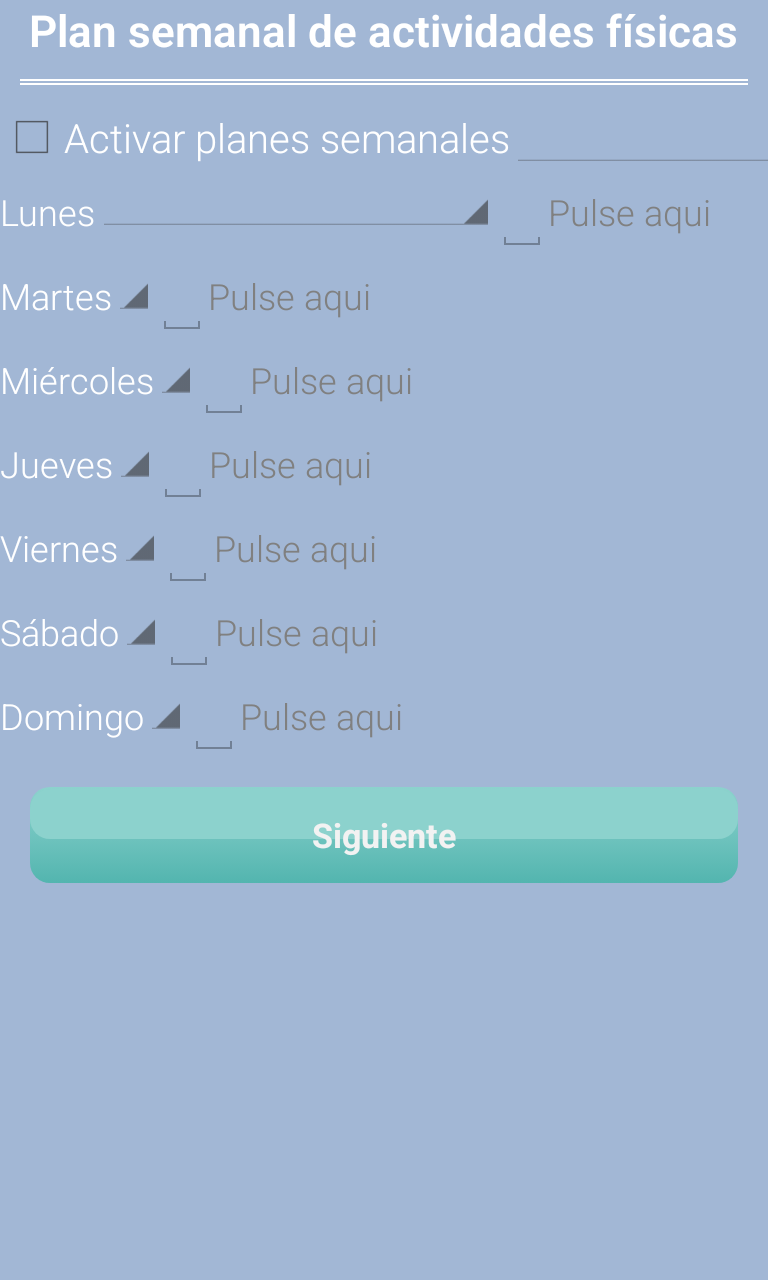
Repository: HectorGarciaMiguel/ssii-diabetes-060036
Layout: SeguimientoDiabetes/res/layout/activity_configuracion3.xml
An editor plug-in stored every save of this project. The layout is shown before and after a run of saves, followed by the edit.
It is drawn on a 768 x 1280 px phone screen (xhdpi) without system bars, with theme AppTheme; the app's code is not run.

Above is the layout before, as saved 2015-11-19 20:19:04.

### SeguimientoDiabetes/res/layout/activity_configuracion3.xml
<LinearLayout xmlns:android="http://schemas.android.com/apk/res/android"
    xmlns:tools="http://schemas.android.com/tools"
    android:layout_width="fill_parent"
    android:layout_height="fill_parent"
    android:orientation="vertical"
    android:layout_margin="5dp"
    tools:context=".Configuracion3Activity" >

    <LinearLayout
        android:layout_width="fill_parent"
        android:layout_height="wrap_content"
        android:orientation="horizontal"
        android:gravity="center">

        <TextView
            android:id="@+id/textView1"
            android:layout_width="wrap_content"
            android:layout_height="wrap_content"
            android:text="Plan semanal de actividades físicas"
           	style="@style/RobotoStyleTextViewNegrita" />

    </LinearLayout>

          <View
              android:layout_width="wrap_content"
              android:layout_height="1dp"
              android:layout_marginBottom="1dp"
              android:layout_marginLeft="10dp"
              android:layout_marginRight="10dp"
              android:layout_marginTop="10dp"
              android:background="#FFFFFF" />

          <View
              android:layout_width="wrap_content"
              android:layout_height="1dp"
              android:layout_marginBottom="10dp"
              android:layout_marginLeft="10dp"
              android:layout_marginRight="10dp"
              android:background="#FFFFFF" />

    <LinearLayout
        android:layout_width="fill_parent"
        android:layout_height="wrap_content"
        android:orientation="horizontal">

        <CheckBox
            android:id="@+id/checkBox1"
            style="@style/RobotoStyle"
            android:layout_width="wrap_content"
            android:layout_height="wrap_content"
            android:text="Activar planes semanales" />

    	<Spinner
    	    android:id="@+id/spinner1"
    	    android:layout_width="200dp"
    	    android:layout_height="wrap_content" />

    </LinearLayout>

    <LinearLayout
        android:layout_width="fill_parent"
        android:layout_height="wrap_content"
        android:orientation="horizontal">

        <TextView
            android:id="@+id/textView2"
            android:layout_width="wrap_content"
            android:layout_height="wrap_content"
            android:text="Lunes" />

        <Spinner
            android:id="@+id/spinner2"
            android:layout_width="200dp"
            android:layout_height="wrap_content" />

        <EditText
            android:id="@+id/editText1"
            android:layout_width="wrap_content"
            android:layout_height="wrap_content"
            android:inputType="number" >

        </EditText>

        <TextView
            android:id="@+id/textView3"
            android:layout_width="wrap_content"
            android:layout_height="wrap_content"
            android:hint="Pulse aqui"
            android:inputType="time"
            android:onClick="showDialog(TIME_DIALOG_ID)" />

    </LinearLayout>

    <LinearLayout
        android:layout_width="fill_parent"
        android:layout_height="wrap_content"
        android:orientation="horizontal">

        <TextView
            android:id="@+id/textView4"
            android:layout_width="wrap_content"
            android:layout_height="wrap_content"
            android:text="Martes" />

        <Spinner
            android:id="@+id/spinner3"
            android:layout_width="wrap_content"
            android:layout_height="wrap_content" />

        <EditText
            android:id="@+id/editText2"
            android:layout_width="wrap_content"
            android:layout_height="wrap_content"
            android:inputType="number" />

        <TextView
            android:id="@+id/textView5"
            android:layout_width="wrap_content"
            android:layout_height="wrap_content"
            android:hint="Pulse aqui"
            android:inputType="time"
            android:onClick="showDialog(TIME_DIALOG_ID)" />

    </LinearLayout>

    <LinearLayout
        android:layout_width="fill_parent"
        android:layout_height="wrap_content"
        android:orientation="horizontal">

        <TextView
            android:id="@+id/textView6"
            android:layout_width="wrap_content"
            android:layout_height="wrap_content"
            android:text="Miércoles" />

        <Spinner
            android:id="@+id/spinner4"
            android:layout_width="wrap_content"
            android:layout_height="wrap_content" />

        <EditText
            android:id="@+id/editText3"
            android:layout_width="wrap_content"
            android:layout_height="wrap_content"
            android:inputType="number" />

        <TextView
            android:id="@+id/textView7"
            android:layout_width="wrap_content"
            android:layout_height="wrap_content"
            android:hint="Pulse aqui"
            android:inputType="time"
            android:onClick="showDialog(TIME_DIALOG_ID)" />

    </LinearLayout>

    <LinearLayout
        android:layout_width="fill_parent"
        android:layout_height="wrap_content"
        android:orientation="horizontal">

        <TextView
            android:id="@+id/textView8"
            android:layout_width="wrap_content"
            android:layout_height="wrap_content"
            android:text="Jueves" />

        <Spinner
            android:id="@+id/spinner5"
            android:layout_width="wrap_content"
            android:layout_height="wrap_content" />

        <EditText
            android:id="@+id/editText4"
            android:layout_width="wrap_content"
            android:layout_height="wrap_content"
            android:inputType="number" />

        <TextView
            android:id="@+id/textView9"
            android:layout_width="wrap_content"
            android:layout_height="wrap_content"
            android:hint="Pulse aqui"
            android:inputType="time"
            android:onClick="showDialog(TIME_DIALOG_ID)" />

    </LinearLayout>

    <LinearLayout
        android:layout_width="fill_parent"
        android:layout_height="wrap_content"
        android:orientation="horizontal" >

        <TextView
            android:id="@+id/textView10"
            android:layout_width="wrap_content"
            android:layout_height="wrap_content"
            android:text="Viernes" />

        <Spinner
            android:id="@+id/spinner6"
            android:layout_width="wrap_content"
            android:layout_height="wrap_content" />

        <EditText
            android:id="@+id/editText5"
            android:layout_width="wrap_content"
            android:layout_height="wrap_content"
            android:inputType="number" />

        <TextView
            android:id="@+id/textView11"
            android:layout_width="wrap_content"
            android:layout_height="wrap_content"
            android:hint="Pulse aqui"
            android:inputType="time"
            android:onClick="showDialog(TIME_DIALOG_ID)" />

    </LinearLayout>

    <LinearLayout
        android:layout_width="fill_parent"
        android:layout_height="wrap_content"
        android:orientation="horizontal">

        <TextView
            android:id="@+id/textView12"
            android:layout_width="wrap_content"
            android:layout_height="wrap_content"
            android:text="Sábado" />

        <Spinner
            android:id="@+id/spinner7"
            android:layout_width="wrap_content"
            android:layout_height="wrap_content" />

        <EditText
            android:id="@+id/editText6"
            android:layout_width="wrap_content"
            android:layout_height="wrap_content"
            android:inputType="number" />

        <TextView
            android:id="@+id/textView13"
            android:layout_width="wrap_content"
            android:layout_height="wrap_content"
            android:hint="Pulse aqui"
            android:inputType="time"
            android:onClick="showDialog(TIME_DIALOG_ID)" />

    </LinearLayout>

    <LinearLayout
        android:layout_width="fill_parent"
        android:layout_height="wrap_content"
        android:orientation="horizontal">

        <TextView
            android:id="@+id/textView14"
            android:layout_width="wrap_content"
            android:layout_height="wrap_content"
            android:text="Domingo" />

        <Spinner
            android:id="@+id/spinner8"
            android:layout_width="wrap_content"
            android:layout_height="wrap_content" />

        <EditText
            android:id="@+id/editText7"
            android:layout_width="wrap_content"
            android:layout_height="wrap_content"
            android:inputType="number" />

        <TextView
            android:id="@+id/textView15"
            android:layout_width="wrap_content"
            android:layout_height="wrap_content"
            android:hint="Pulse aqui"
            android:inputType="time"
            android:onClick="showDialog(TIME_DIALOG_ID)" />

    </LinearLayout>

    <LinearLayout
        android:layout_width="fill_parent"
        android:layout_height="wrap_content"
        android:orientation="horizontal">

        <Button
            android:id="@+id/button1"
            android:background="@drawable/mibotonverde"
        	style="@style/Boton"
            android:onClick="lanzarConfiguracion4"
            android:text="Siguiente" />

    </LinearLayout>

</LinearLayout>

### SeguimientoDiabetes/res/drawable/mibotonverde.xml
<?xml version="1.0" encoding="utf-8"?>
<selector xmlns:android="http://schemas.android.com/apk/res/android" >

 <item android:state_pressed="true">
     <layer-list >
       <item >
           <shape android:shape="rectangle">
            <gradient
  				  android:startColor="#104849"
                  android:endColor="#0B393A"
                  android:angle="-90"
                  android:type="linear"
                  />
            <corners android:radius="10dp" />
            </shape>
            </item>
            <item android:top="1dp" android:bottom="22dp" >
 	 <shape android:shape="rectangle">
  				<solid android:color="#104849"/>
              <corners android:radius="10dp" />

            </shape>
      </item>
      </layer-list>
  </item>




<item android:state_focused="true">
     <layer-list >
       <item >
           <shape android:shape="rectangle">
            <gradient
  				  android:startColor="#104849"
                  android:endColor="#0B393A"
                  android:angle="-90"
                  android:type="linear"
                  />
            <corners android:radius="10dp" />
            </shape>
            </item>
            <item android:top="1dp" android:bottom="50px" >
  <shape android:shape="rectangle">
  <solid android:color="#104849"/>
              <corners android:radius="10dp" />

            </shape>
      </item>
      </layer-list>
  </item>







 <item>
     <layer-list >
       <item >
           <shape android:shape="rectangle">
            <gradient
  				  android:startColor="#8CD2CD"
                  android:endColor="#53B5AF"
                  android:angle="-90"
                  android:type="linear"
                  />
			<corners android:radius="10dp" />
			</shape>
        </item>
        <item android:top="1dp" android:bottom="22dp" >
  			<shape android:shape="rectangle">
  			<solid android:color="#8CD2CD"/>
       			<corners android:radius="10dp" />
           </shape>
      </item>
      </layer-list>
  </item>
</selector>

Loaded but not shown: SeguimientoDiabetes/res/values/styles.xml (common file); SeguimientoDiabetes/res/values-v11/styles.xml (common file); SeguimientoDiabetes/res/values-v14/styles.xml (common file)

After the next 2 saves:
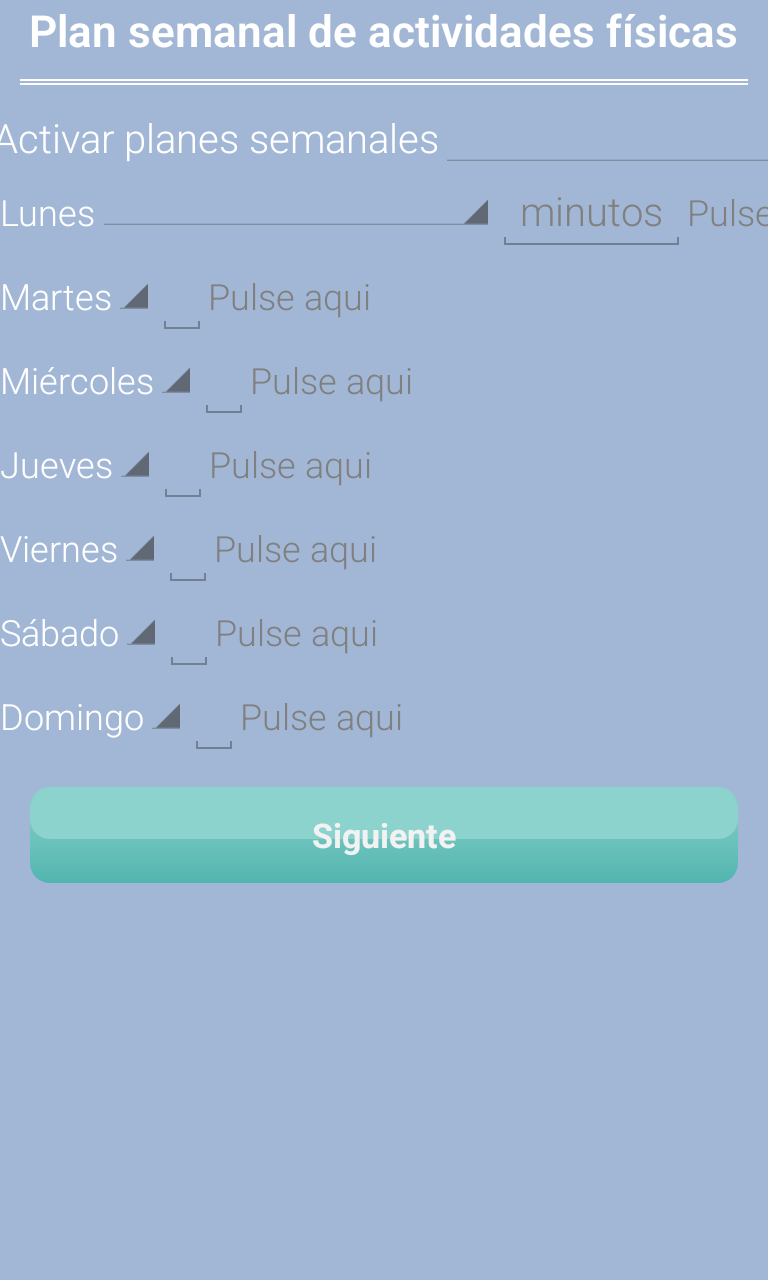
The 2 saves are shown as one change because 1 did not build or start.
The last was saved 94 s later.
--- a/SeguimientoDiabetes/res/layout/activity_configuracion3.xml
+++ b/SeguimientoDiabetes/res/layout/activity_configuracion3.xml
@@ -41,7 +41,8 @@
     <LinearLayout
         android:layout_width="fill_parent"
         android:layout_height="wrap_content"
-        android:orientation="horizontal">
+        android:orientation="horizontal"
+        android:gravity="center">
 
         <CheckBox
             android:id="@+id/checkBox1"
@@ -77,6 +78,7 @@
             android:id="@+id/editText1"
             android:layout_width="wrap_content"
             android:layout_height="wrap_content"
+            android:hint="minutos"
             android:inputType="number" >
 
         </EditText>
